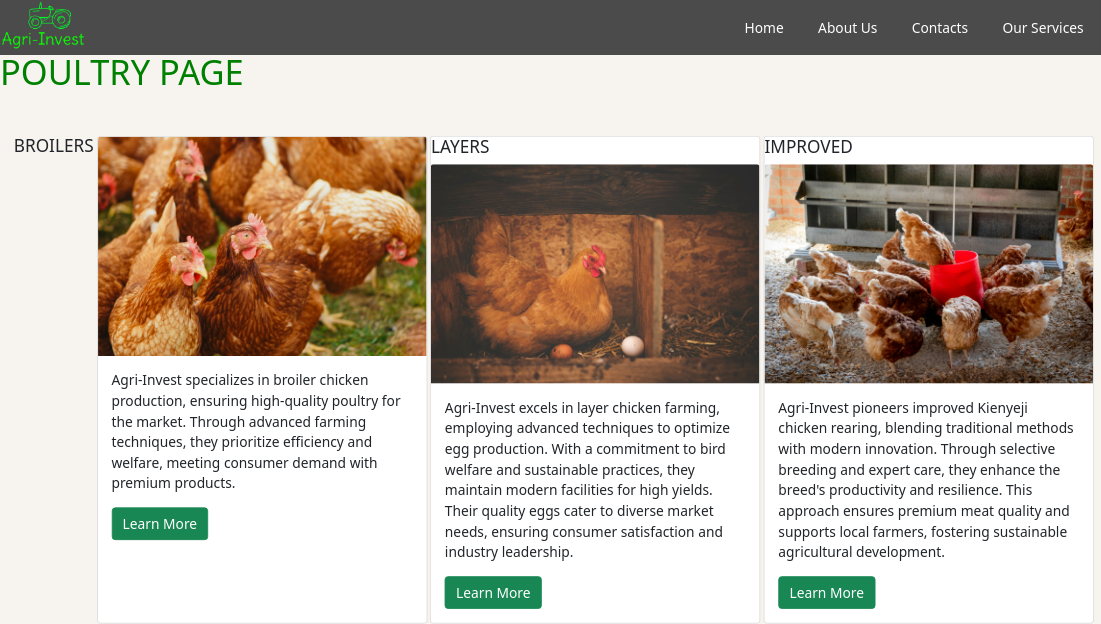
Repository: Allevandrose/Agri-invest
Page: poultry.html
These files come from the project's save history. The page is drawn as it stood at one moment and after a run of saves; the edit follows.
The browser window is 1280 px wide. The pictures show the whole page, at 86% of full size.

Above is the page before, as saved 2024-04-13 15:52:04.

After the next 2 saves:
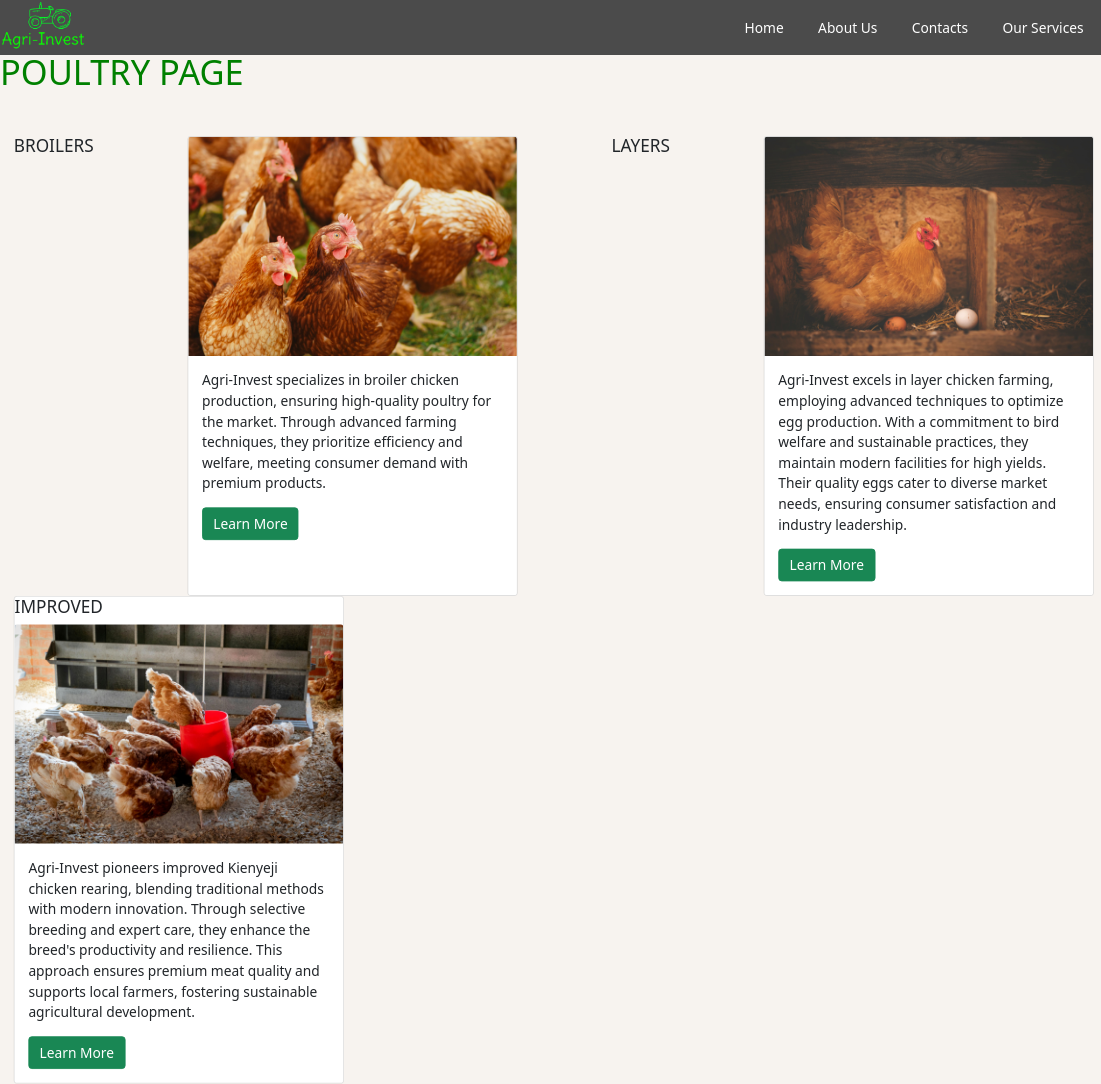
The 2 saves are shown as one change because they came seconds apart.
The last was saved 37 s later.
--- a/poultry.html
+++ b/poultry.html
@@ -34,8 +34,9 @@
                 <a href="#" class="btn btn-success">Learn More</a>
             </div>
         </div>
+        <h5 class="card-title">LAYERS</h5>
         <div class="card mr-2" style="width: 24rem;">
-            <h5 class="card-title">LAYERS</h5>
+
             <img src="poultry images/chick2.jpg" class="card-img-top" alt="...">
             <div class="card-body">
                 <p class="card-text">Agri-Invest excels in layer chicken farming, employing advanced techniques to optimize egg production. With a commitment to bird welfare and sustainable practices, they maintain modern facilities for high yields. Their quality eggs cater
